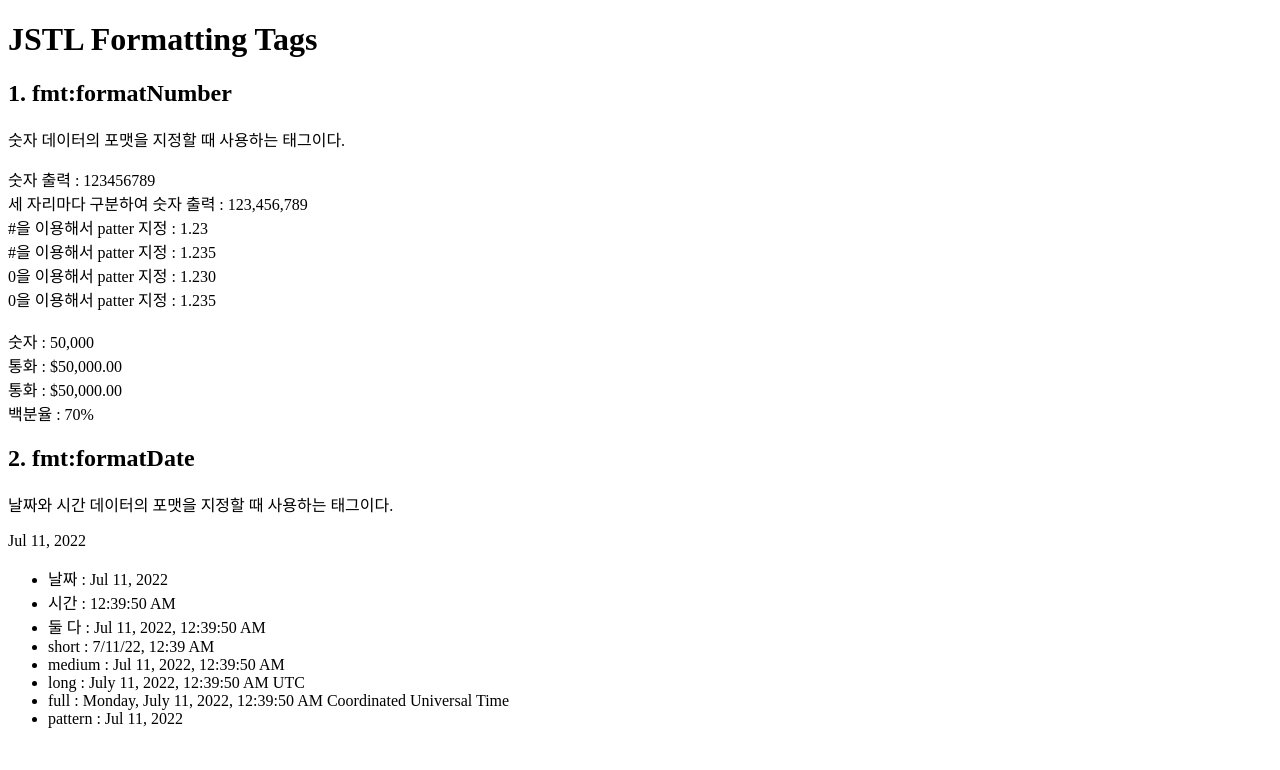
Repository: Parknogyung/Backend
Page: http://localhost/03_EL_JSTL/views/actiontag/jstl/formatting.jsp
These files come from the project's save history. The page is drawn as it stood at one moment and after the next save; the edit follows.
The browser window is 1280 px wide. The pictures show the whole page.
The page is served by Tomcat 9. Other server files are loaded and not shown.

Above is the page before, as saved 2022-07-14 01:28:47.

### 03_EL_JSTL/src/main/webapp/views/actiontag/jstl/formatting.jsp
<%@ page language="java" contentType="text/html; charset=UTF-8"
    pageEncoding="UTF-8"%>
<%@ taglib uri="http://java.sun.com/jsp/jstl/core" prefix="c" %>
<%@ taglib uri="http://java.sun.com/jsp/jstl/fmt" prefix="fmt"%>
<%@ taglib uri="http://java.sun.com/jsp/jstl/functions" prefix="fn"%>
<!DOCTYPE html>
<html>
<head>
<meta charset="UTF-8">
<title>JSTL Formatting Tags</title>
</head>
<body>
	<h1>JSTL Formatting Tags</h1>

	<h2>1.  fmt:formatNumber</h2>
	<p>
		숫자 데이터의 포맷을 지정할 때 사용하는 태그이다.
	</p>

	<!-- groupingUsed 속성 : 숫자 단위의 구분자(,) 표시 여부를 지정한다. (기본값: true) -->
	숫자 출력 : <fmt:formatNumber type="number" value="123456789" groupingUsed="false"/> <br>
	세 자리마다 구분하여 숫자 출력 : <fmt:formatNumber type="number" value="123456789" groupingUsed="true"/> <br>

	<!--
		pattern 속성 : 화면에 표시할 숫자 데이터의 패턴을 지정한다.
					 #, 0을 패턴 기호로 사용하여 지정한다.
					 패턴 기호를 초과하는 부분은 반올림 되고 부족한 부분에 대해서는 #은 표시하지 않지만 0은 0으로 표시한다.
	 -->
	#을 이용해서 patter 지정 : <fmt:formatNumber value="1.23" pattern="#.###"/> <br>
	#을 이용해서 patter 지정 : <fmt:formatNumber value="1.2346" pattern="#.###"/> <br>
	0을 이용해서 patter 지정 : <fmt:formatNumber value="1.23" pattern="0.000"/> <br>
	0을 이용해서 patter 지정 : <fmt:formatNumber value="1.2346" pattern="0.000"/> <br> <br>

	<!--
		type 속성 : number(숫자, 기본값), currency(통화), percent(백분율)
	 -->
	숫자 : <fmt:formatNumber value="50000"/> <br>
	통화 : <fmt:formatNumber type="currency" value="50000"/> <br>
	통화 : <fmt:formatNumber type="currency" currencySymbol="$" value="50000"/> <br>
	백분율 : <fmt:formatNumber type="percent" value="0.7"/>

	<h2>2. fmt:formatDate</h2>
	<p>
		날짜와 시간 데이터의 포맷을 지정할 때 사용하는 태그이다.
	</p>

	<c:set var="date" value="<%= new java.util.Date() %>"/>
	<!-- type 속성 생략 가능 (기본값: date) -->
	<fmt:formatDate value="${date }"/>


	<ul>
		<li>날짜 : <fmt:formatDate type="date" value="${date}"/> </li>
		<li>시간 : <fmt:formatDate type="time" value="${date }"/> </li>
		<li>둘 다 : <fmt:formatDate type="both" value="${date }"/> </li>
		<li>short : <fmt:formatDate type="both" dateStyle="short" timeStyle="short" value="${date }"/> </li>
		<li>medium : <fmt:formatDate type="both" dateStyle="medium" timeStyle="medium" value="${date }" /> </li>
		<li>long : <fmt:formatDate type="both" dateStyle="long" timeStyle="long" value="${date }"/> </li>
		<li>full : <fmt:formatDate type="both" dateStyle="full" timeStyle="full" value="${date }"/> </li>
		<li>pattern : <fmt:formatDate value="${date }"/> </li>
	</ul>
	<br>

</body>
</html>

After the next save:
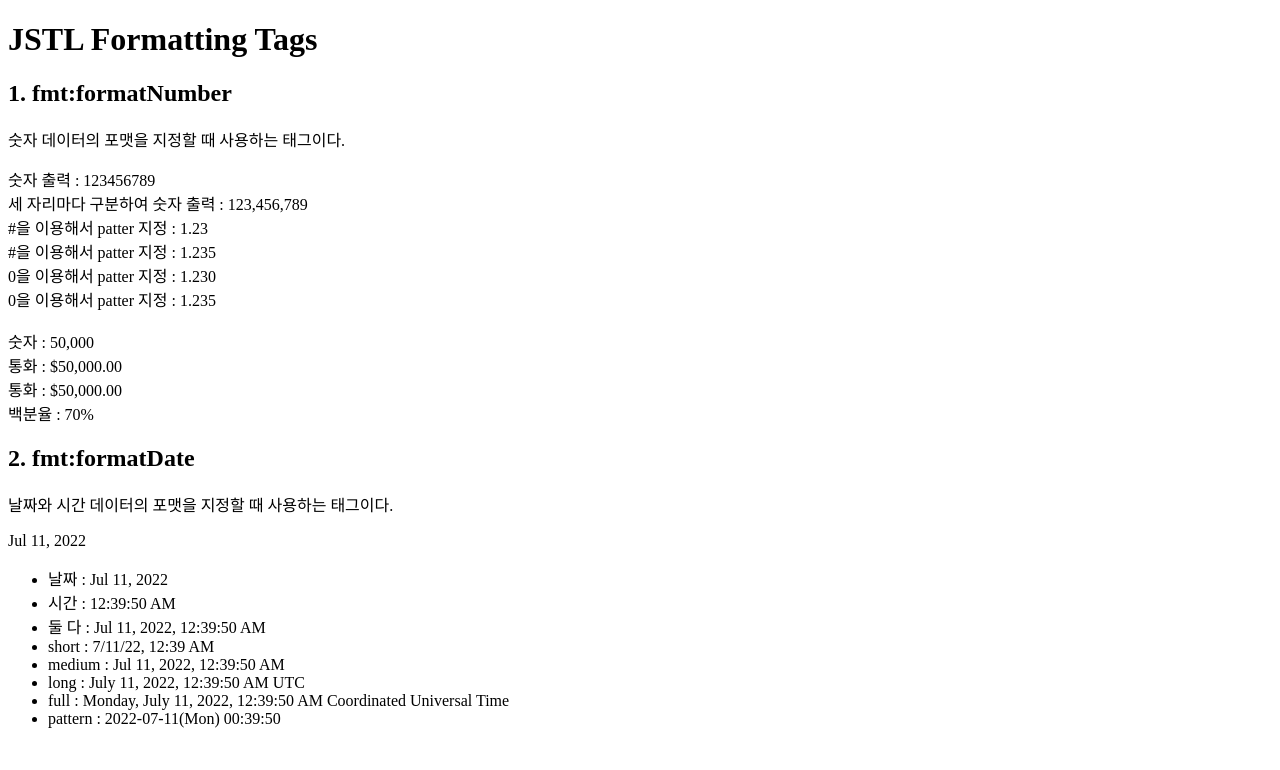
Saved 38 s later.
--- a/03_EL_JSTL/src/main/webapp/views/actiontag/jstl/formatting.jsp
+++ b/03_EL_JSTL/src/main/webapp/views/actiontag/jstl/formatting.jsp
@@ -57,7 +57,7 @@
 		<li>medium : <fmt:formatDate type="both" dateStyle="medium" timeStyle="medium" value="${date }" /> </li>
 		<li>long : <fmt:formatDate type="both" dateStyle="long" timeStyle="long" value="${date }"/> </li>
 		<li>full : <fmt:formatDate type="both" dateStyle="full" timeStyle="full" value="${date }"/> </li>
-		<li>pattern : <fmt:formatDate value="${date }"/> </li>
+		<li>pattern : <fmt:formatDate type="both" pattern="yyyy-MM-dd(E) HH:mm:ss" value="${date }"/> </li>
 	</ul>
 	<br>
 
